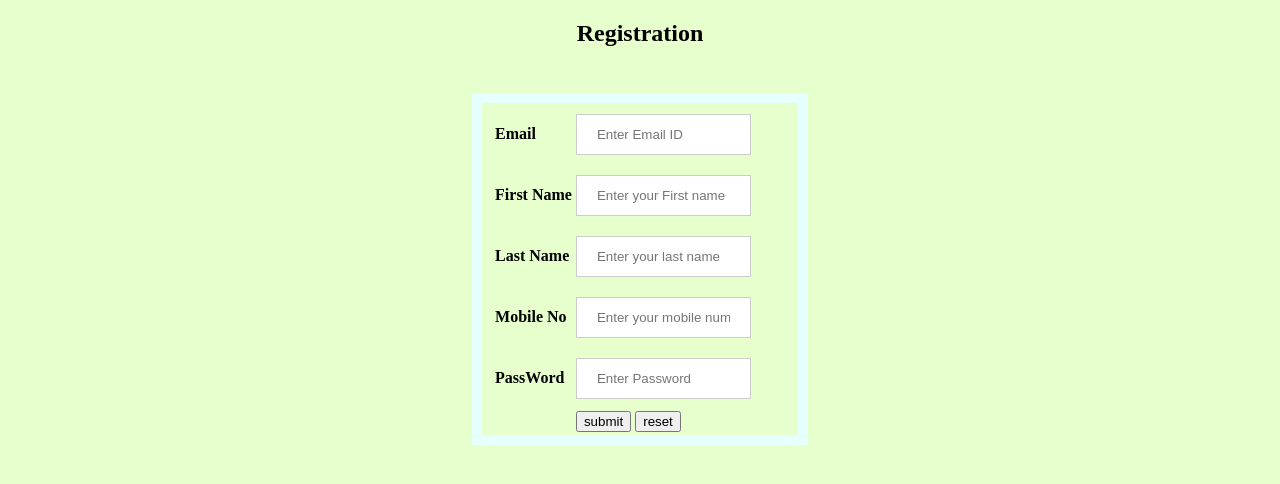
Repository: jagdishpatil18/JavaAdv
Page: Login_App/WebContent/signup.html
The author's editor kept a copy of each file at every save. The page is drawn from the files as they stood at one save, then again after the next save.
The browser window is 1280 px wide. The pictures show the whole page.

Above is the page before, as saved 2017-04-28 10:27:06.

After the next save:
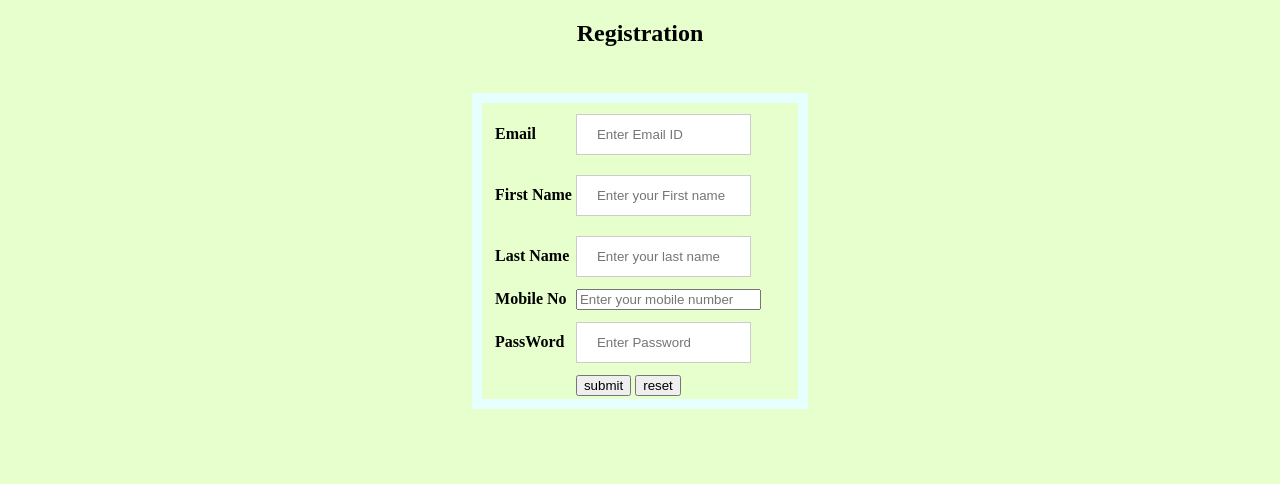
Saved 38 min 39 s later.
--- a/Login_App/WebContent/signup.html
+++ b/Login_App/WebContent/signup.html
@@ -47,7 +47,7 @@ input[type=text], input[type=password],input[type=email] {
 			</tr>
 			<tr>
 			<td><b>Mobile No</b></td>
-			<td> <input type="text" placeholder="Enter your mobile number" name="mobileno" required></td>
+			<td> <input type="tel" pattern="^\d{4}-\d{3}-\d{4}$" placeholder="Enter your mobile number" name="mobileno" required></td>
 			</tr>
 			<tr>
 				<td><b>PassWord</b></td>
